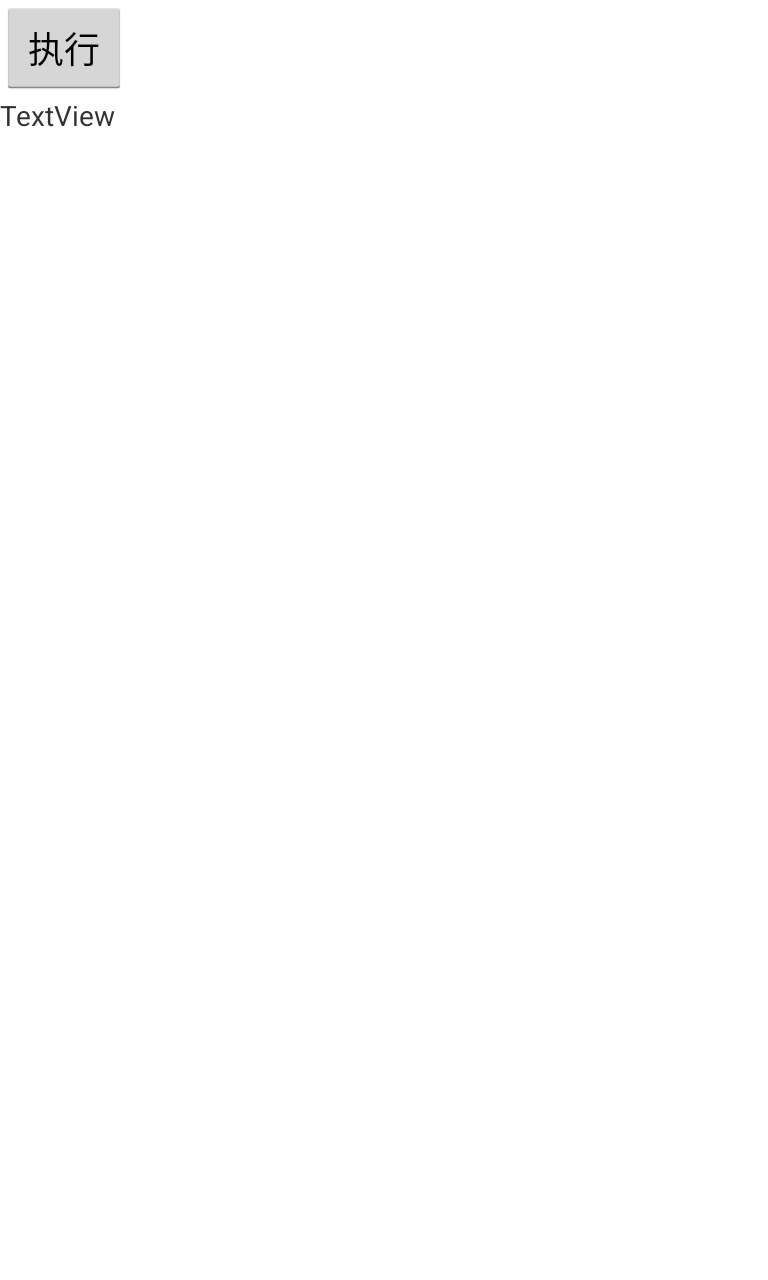
Repository: IvyZh/hm66
Layout: 黑马基础项目/res/layout/activity_aa.xml
The author's editor kept a copy of each file at every save. The layout is drawn from the files as they stood at one save, then again after the next save.
It is drawn on a 768 x 1280 px phone screen (xhdpi) without system bars, with theme AppTheme; the app's code is not run.

Above is the layout before, as saved 2016-05-26 19:20:03.

### 黑马基础项目/res/layout/activity_aa.xml
<LinearLayout xmlns:android="http://schemas.android.com/apk/res/android"
    xmlns:tools="http://schemas.android.com/tools"
    android:layout_width="match_parent"
    android:layout_height="match_parent"
    android:orientation="vertical" >

    <Button
        android:id="@+id/bt"
        android:layout_width="wrap_content"
        android:layout_height="wrap_content"
        android:onClick="click"
        android:text="执行" />

    <TextView
        android:id="@+id/tv"
        android:layout_width="wrap_content"
        android:layout_height="wrap_content"
        android:text="TextView" />

</LinearLayout>

Loaded but not shown: 黑马基础项目/res/values/styles.xml (common file); 黑马基础项目/res/values-v11/styles.xml (common file); 黑马基础项目/res/values-v14/styles.xml (common file)

After the next save:
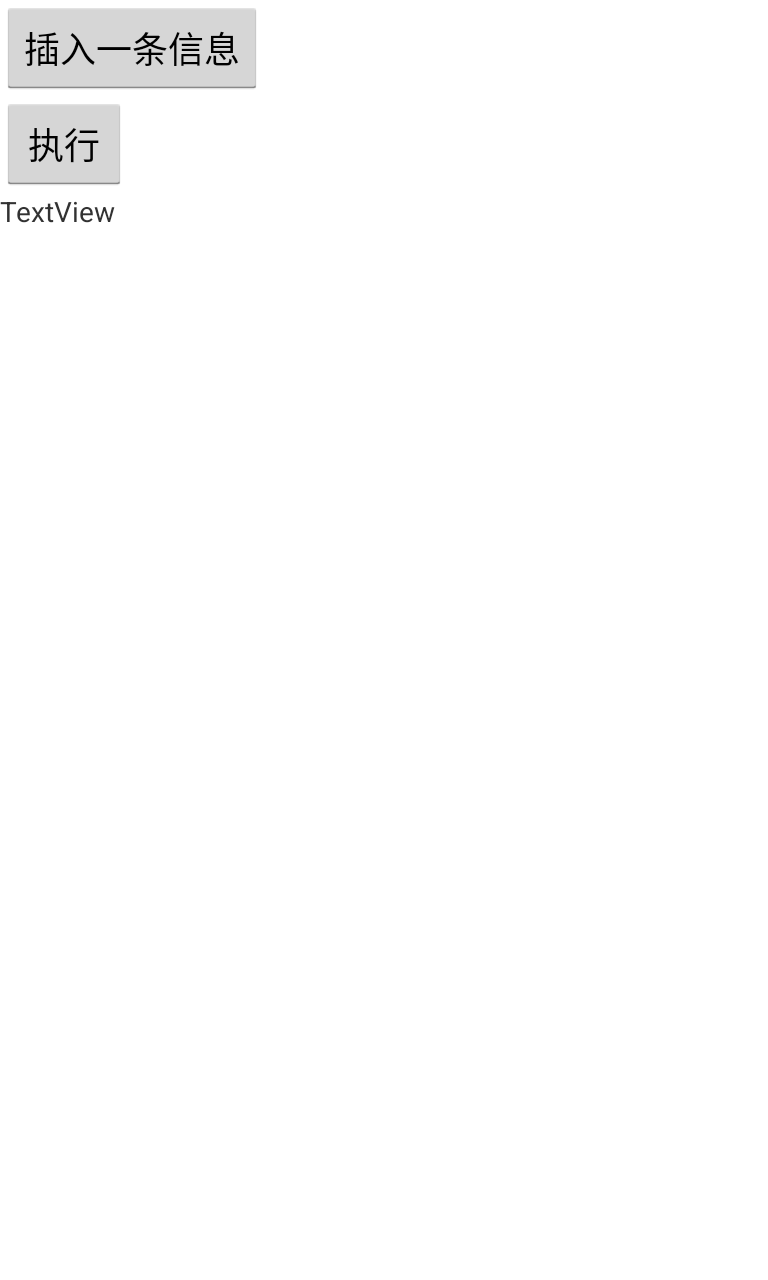
Saved 83 s later.
--- a/黑马基础项目/res/layout/activity_aa.xml
+++ b/黑马基础项目/res/layout/activity_aa.xml
@@ -3,6 +3,12 @@
     android:layout_width="match_parent"
     android:layout_height="match_parent"
     android:orientation="vertical" >
+
+    <Button
+        android:id="@+id/button1"
+        android:layout_width="wrap_content"
+        android:layout_height="wrap_content"
+        android:text="插入一条信息" />
 
     <Button
         android:id="@+id/bt"
